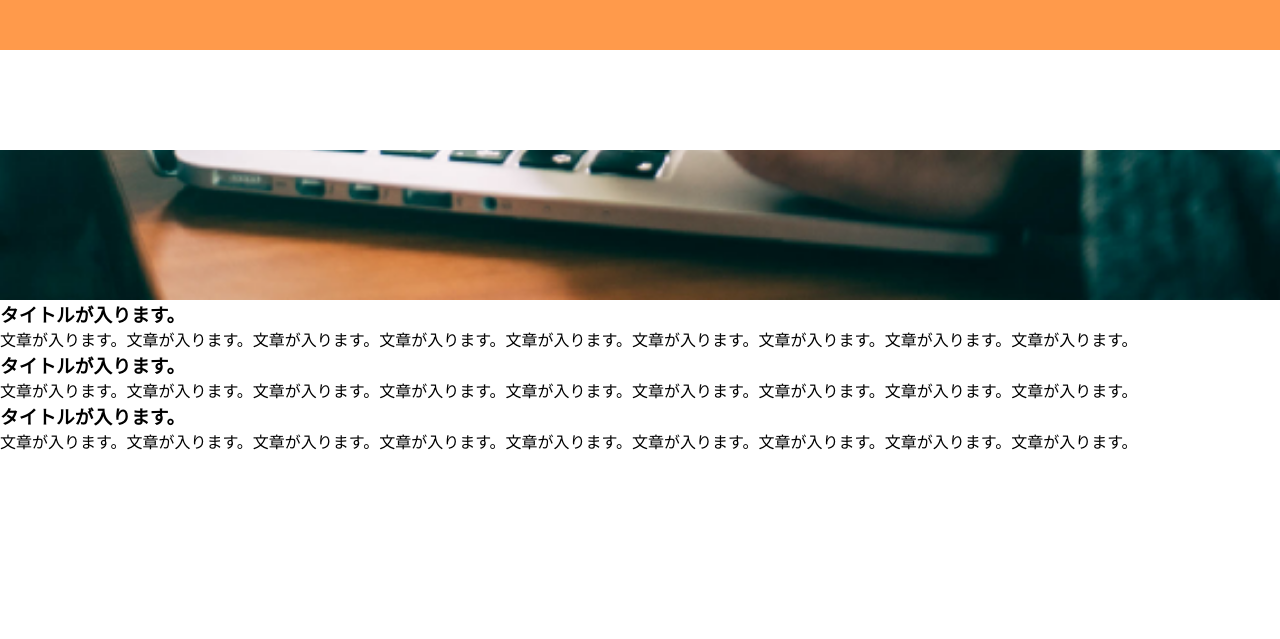
Repository: macchi-ro/-1
Page: 演習/practice.html
The author's editor kept a record of every edit. The page is drawn from the files as they stood at one moment, then again after the next edit.
The browser window is 1280 px wide. The pictures show the whole page.
Some web libraries are served in a nearby version.

Above is the page before.

After the next edit:
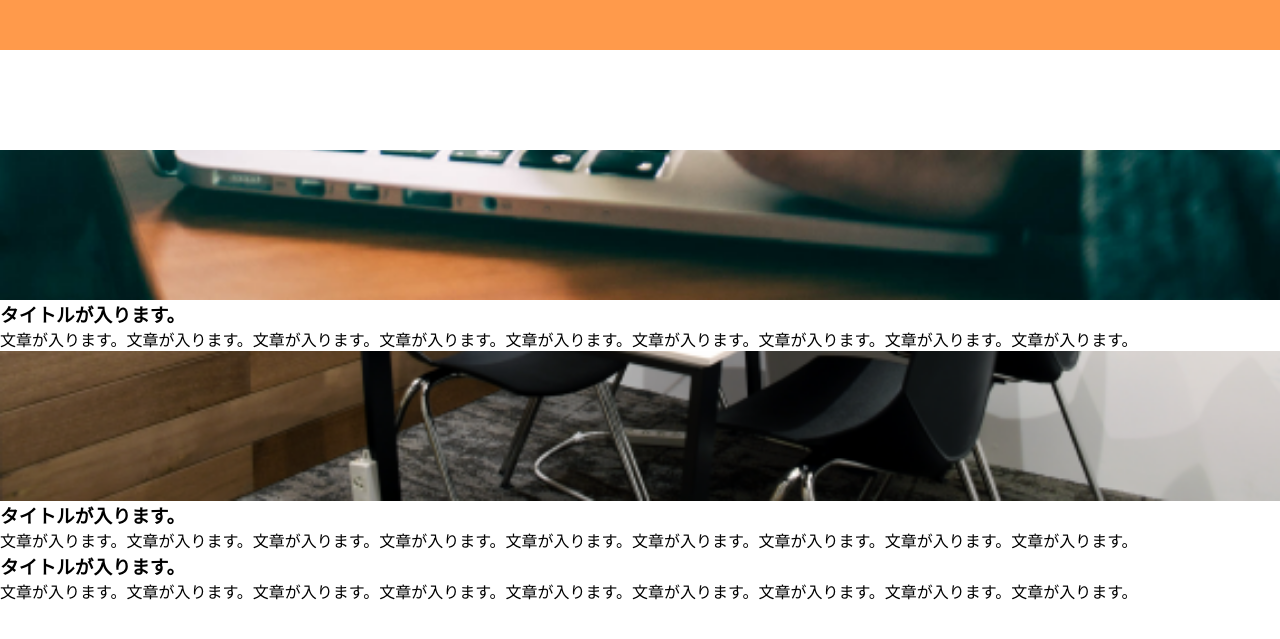
The edit:
--- a/演習/practice.html
+++ b/演習/practice.html
@@ -25,7 +25,7 @@
        <p class="stepbox.text">文章が入ります。文章が入ります。文章が入ります。文章が入ります。文章が入ります。文章が入ります。文章が入ります。文章が入ります。文章が入ります。</p>
 
       <div class="stepbox"></div>
-       <div class="step.img2"></div>
+       <div class="step-img2"></div>
        <h3 class="stepbox.main">タイトルが入ります。</h3>
        <p class="stepbox.text">文章が入ります。文章が入ります。文章が入ります。文章が入ります。文章が入ります。文章が入ります。文章が入ります。文章が入ります。文章が入ります。</p>
 
